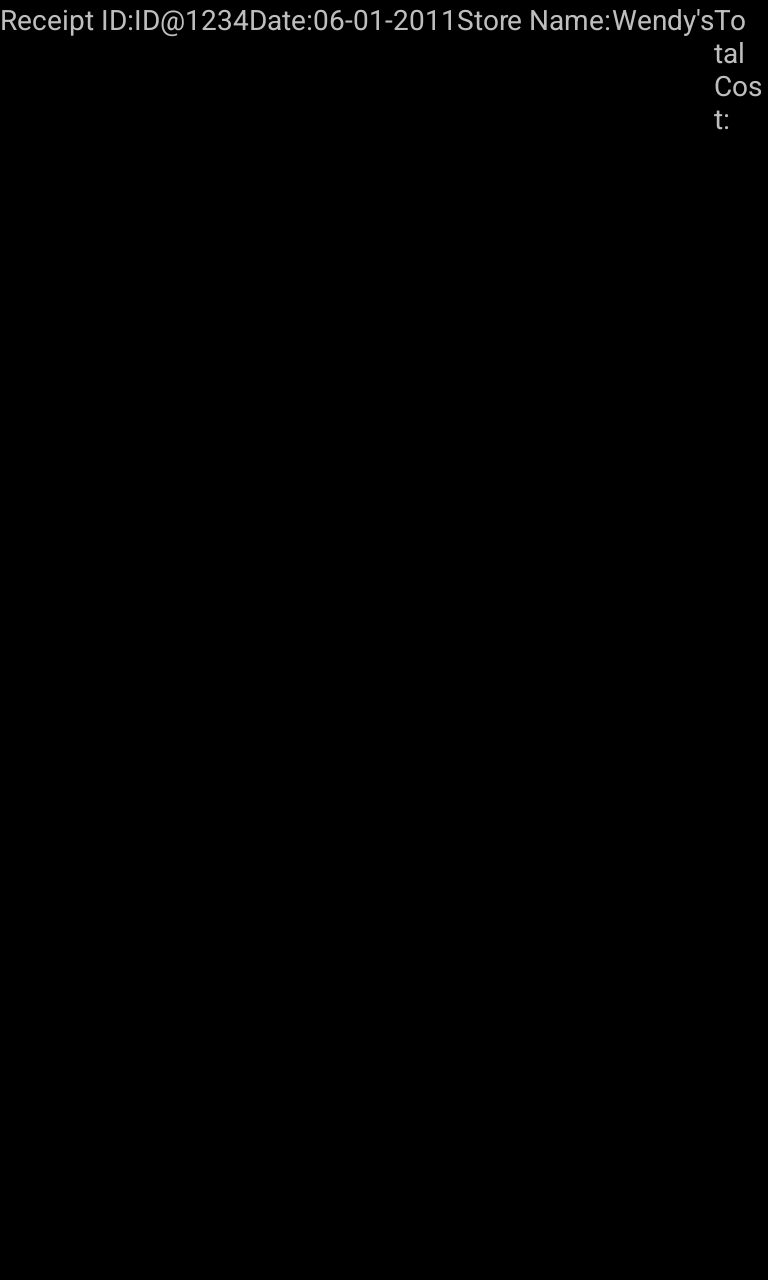
Repository: World-Three-Technologies/Masxaro-Prototype
Layout: Android/W3T/res/layout/receipt_view.xml
The author's editor kept a copy of each file at every save. The layout is drawn from the files as they stood at one save, then again after the next save.
It is drawn on a 768 x 1280 px phone screen (xhdpi) without system bars, with theme android:Theme; the app's code is not run.

Above is the layout before, as saved 2011-06-07 08:45:15.

### Android/W3T/res/layout/receipt_view.xml
<?xml version="1.0" encoding="utf-8"?>
<!--
/*
 * receipt_view.xml - The layout XML file of the receipt view screen
 *
 *  Copyright 2011 World Three Technologies, Inc.
 *  All Rights Reserved.
 *
 *  This program is free software; you can redistribute it and/or modify
 *  it under the terms of the GNU General Public License as published by
 *  the Free Software Foundation; either version 2 of the License, or
 *  (at your option) any later version.
 *
 *  This program is distributed in the hope that it will be useful,
 *  but WITHOUT ANY WARRANTY; without even the implied warranty of
 *  MERCHANTABILITY or FITNESS FOR A PARTICULAR PURPOSE.  See the
 *  GNU General Public License for more details.
 *
 *  You should have received a copy of the GNU General Public License
 *  along with this program; if not, write to the Free Software
 *  Foundation, Inc., 59 Temple Place, Suite 330, Boston, MA  02111-1307  USA
 *
 *  Written by Yichao Yu <yichao@Masxaro>
 *
 */
 -->
<LinearLayout
	xmlns:android="http://schemas.android.com/apk/res/android"
	android:id="@+id/receipt_view"
	android:layout_width="match_parent"
	android:layout_height="match_parent">

	<!-- Receipt ID -->
	<TextView android:text="@string/receipt_info_id_label"
		android:layout_width="wrap_content" android:layout_height="wrap_content"
		android:gravity="left"
	/>
	<TextView android:text="ID@1234"
		android:layout_width="wrap_content" android:layout_height="wrap_content"
		android:gravity="left"
	/>

	<!-- Receipt Date -->
	<TextView android:text="@string/receipt_info_date_label"
		android:layout_width="wrap_content" android:layout_height="wrap_content"
		android:gravity="left"
	/>
	<TextView android:text="06-01-2011"
		android:layout_width="wrap_content" android:layout_height="wrap_content"
		android:gravity="left"
	/>

	<!-- Store name -->
	<TextView android:text="@string/receipt_info_store_name_label"
		android:layout_width="wrap_content" android:layout_height="wrap_content"
		android:gravity="left"
	/>
	<TextView android:text="Wendy's"
		android:layout_width="wrap_content" android:layout_height="wrap_content"
		android:gravity="left"
	/>

	<!-- Total cost -->
	<TextView android:text="@string/receipt_info_total_label"
		android:layout_width="wrap_content" android:layout_height="wrap_content"
		android:gravity="left"
	/>
	<TextView android:text="12.32USD"
		android:layout_width="wrap_content" android:layout_height="wrap_content"
		android:gravity="left"
	/>

</LinearLayout>

### Android/W3T/res/values/strings.xml
<?xml version="1.0" encoding="utf-8"?>
<!--
/*
 * strings.xml - All String const used in app
 *
 *  Copyright 2011 World Three Technologies, Inc.
 *  All Rights Reserved.
 *
 *  This program is free software; you can redistribute it and/or modify
 *  it under the terms of the GNU General Public License as published by
 *  the Free Software Foundation; either version 2 of the License, or
 *  (at your option) any later version.
 *
 *  This program is distributed in the hope that it will be useful,
 *  but WITHOUT ANY WARRANTY; without even the implied warranty of
 *  MERCHANTABILITY or FITNESS FOR A PARTICULAR PURPOSE.  See the
 *  GNU General Public License for more details.
 *
 *  You should have received a copy of the GNU General Public License
 *  along with this program; if not, write to the Free Software
 *  Foundation, Inc., 59 Temple Place, Suite 330, Boston, MA  02111-1307  USA
 *
 *  Written by Yichao Yu <yichao@Masxaro>
 *
 */
 -->
<resources>
    <string name="app_name">Masxaro</string>
    <string name="main_label_user">Username:</string>
    <string name="main_label_password">Password:</string>
    <string name="main_button_submit">Submit</string>
    <string name="main_button_cancel">Cancel</string>
    <string name="keep_login_label">Dont ask me next time</string>
    <string name="receipt_info_list_label">Select a receipt:</string><string name="receipt_info_store_name_label">Store Name:</string>
    <string name="receipt_info_date_label">Date:</string>
    <string name="receipt_info_id_label">Receipt ID:</string>

    <string name="receipt_info_total_label">Total Cost:</string>

    <string name="configuration">Settings</string>
    <string name="menu_bar_view">Menu bar</string><string name="NFC_text">NFC Communicating</string>

</resources>

After the next save:
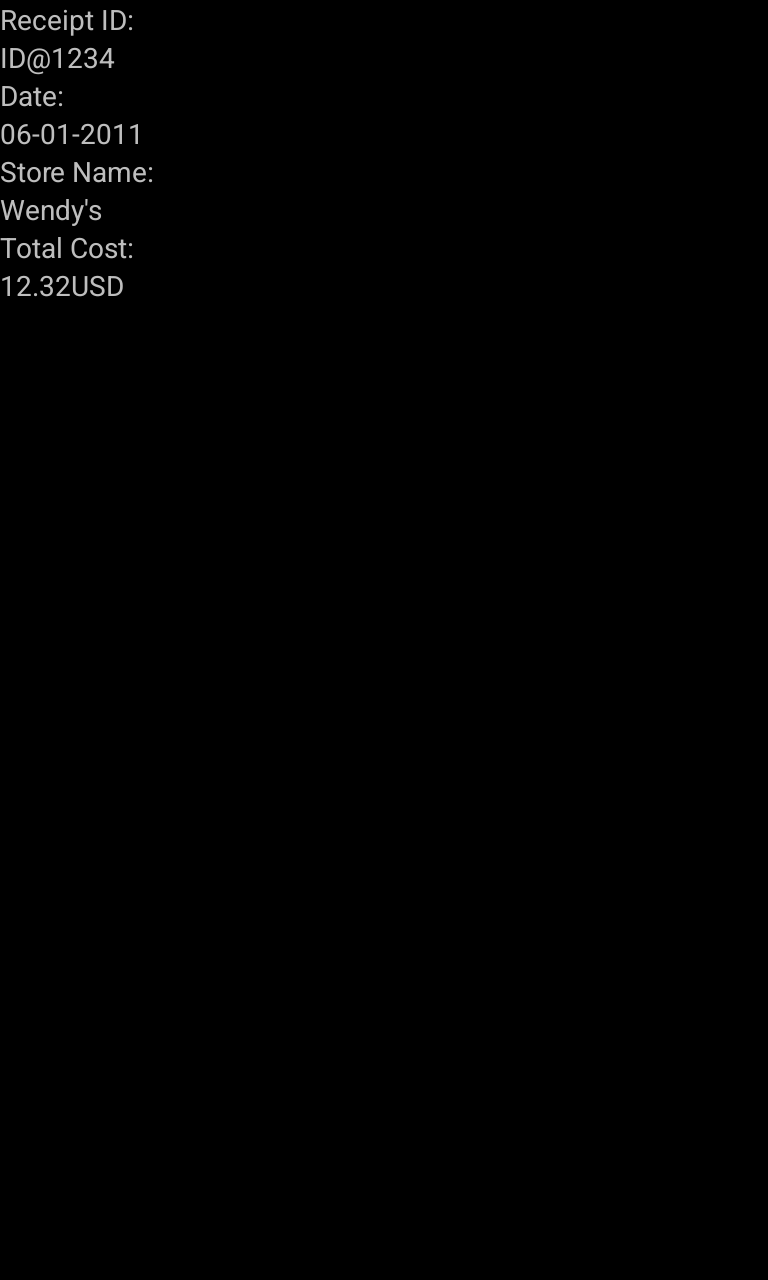
Saved 78 s later.
--- a/Android/W3T/res/layout/receipt_view.xml
+++ b/Android/W3T/res/layout/receipt_view.xml
@@ -28,7 +28,9 @@
 	xmlns:android="http://schemas.android.com/apk/res/android"
 	android:id="@+id/receipt_view"
 	android:layout_width="match_parent"
-	android:layout_height="match_parent">
+	android:layout_height="match_parent"
+	android:orientation="vertical"
+>
 
 	<!-- Receipt ID -->
 	<TextView android:text="@string/receipt_info_id_label"
